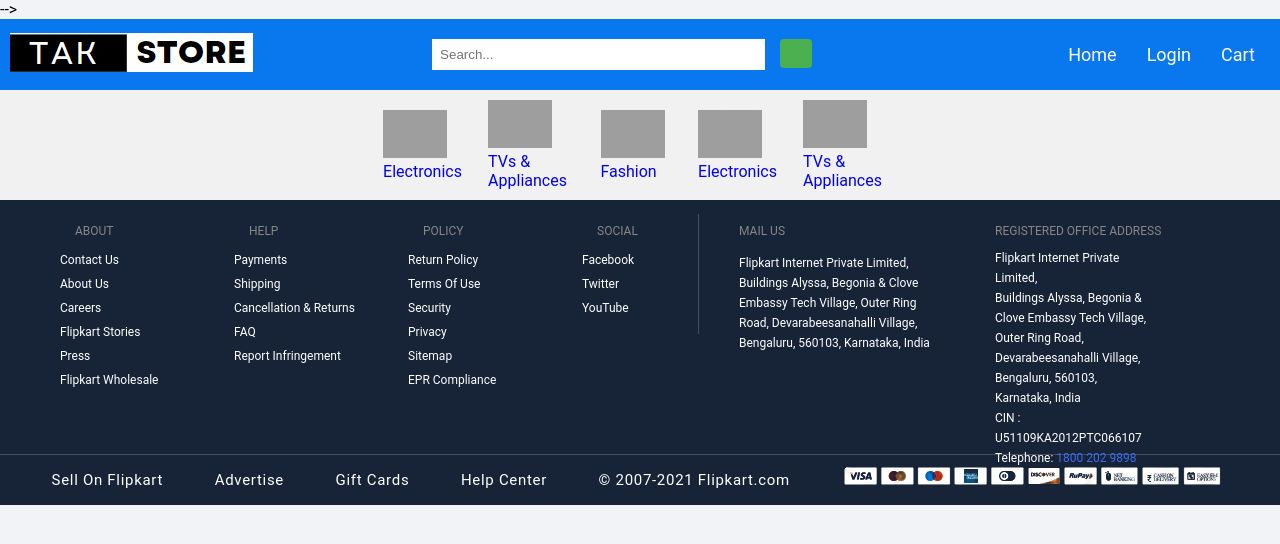
Repository: MSaifKhan01/TAK-Store
Page: PROJECT_Front/fashion.html
These files come from the project's save history. The page is drawn as it stood at one moment and after the next save; the edit follows.
The browser window is 1280 px wide. The pictures show the whole page.
Pictures or frames that could not be fetched are drawn as grey boxes.

Above is the page before, as saved 2023-07-22 01:02:57.
Console error: ReferenceError: span is not defined

### PROJECT_Front/fashion.html
<!DOCTYPE html>
<html lang="en">

<head>
    <meta charset="UTF-8">
    <meta http-equiv="X-UA-Compatible" content="IE=edge">
    <meta name="viewport" content="width=device-width, initial-scale=1.0">
    <title>Document</title>
    <link rel="stylesheet" type="text/css" href="./CSS/fashion.css">
    <link rel="stylesheet" type="text/css" href="./CSS/Index.css">
    <style>

    </style>
</head>

<body>
    <!-- <header>
        <div class="nav-container">
            <div class="logo">
                <img src="./flipkart images/TAK_store4.jpg"
                    alt="logo">
            </div>
            <div class="search">
                <div class="search-container">
                    <input id="searcBox" type="text" class="search-box" placeholder="Search for products, brands and more">
                    <button id="searchBtn" class="search-btn">
                        <svg width="20" height="20" viewBox="0 0 17 18" class="" xmlns="http://www.w3.org/2000/svg">
                            <g fill="#2874F1" fill-rule="evenodd">
                                <path class="_34RNph"
                                    d="m11.618 9.897l4.225 4.212c.092.092.101.232.02.313l-1.465 1.46c-.081.081-.221.072-.314-.02l-4.216-4.203">
                                </path>
                                <path class="_34RNph"
                                    d="m6.486 10.901c-2.42 0-4.381-1.956-4.381-4.368 0-2.413 1.961-4.369 4.381-4.369 2.42 0 4.381 1.956 4.381 4.369 0 2.413-1.961 4.368-4.381 4.368m0-10.835c-3.582 0-6.486 2.895-6.486 6.467 0 3.572 2.904 6.467 6.486 6.467 3.582 0 6.486-2.895 6.486-6.467 0-3.572-2.904-6.467-6.486-6.467">
                                </path>
                            </g>
                        </svg>
                    </button>
                </div>
            </div>
            <div class="login">
                <div class="dropdown">
                    <!-- onclick="myFunction()" -->
                    <!-- <button  class="dropbtn">Login</button>
                    <div id="myDropdown" class="dropdown-content">
                        <a href="login.html">Login</a>
                        <a href="signup.html">Register</a>
                        <a href="product.html">Admin</a>
                    </div>
                </div> -->
                <!-- <button>
                    <a style="text-decoration: none;" href="login.html">Login</a>

                </button> -->
            <!-- </div>
            <div class="become-seller">
                Become a Seller
            </div>
            <div class="more">
                More
                <svg width="4.7" height="8" viewBox="0 0 16 27" xmlns="http://www.w3.org/2000/svg" class="zZ3yfL">
                    <path d="M16 23.207L6.11 13.161 16 3.093 12.955 0 0 13.161l12.955 13.161z" fill="#fff"
                        class="_2gTTdy"></path>
                </svg>
            </div>
            <div class="cart">
                <svg class="V3C5bO" width="14" height="14" viewBox="0 0 16 16" xmlns="http://www.w3.org/2000/svg">
                    <path class="_1bS9ic"
                        d="M15.32 2.405H4.887C3 2.405 2.46.805 2.46.805L2.257.21C2.208.085 2.083 0 1.946 0H.336C.1 0-.064.24.024.46l.644 1.945L3.11 9.767c.047.137.175.23.32.23h8.418l-.493 1.958H3.768l.002.003c-.017 0-.033-.003-.05-.003-1.06 0-1.92.86-1.92 1.92s.86 1.92 1.92 1.92c.99 0 1.805-.75 1.91-1.712l5.55.076c.12.922.91 1.636 1.867 1.636 1.04 0 1.885-.844 1.885-1.885 0-.866-.584-1.593-1.38-1.814l2.423-8.832c.12-.433-.206-.86-.655-.86"
                        fill="#fff"></path>
                </svg>
                <a href="./addTocart.html" style="text-decoration: none;color: white;"><p>Cart <span id="span"></span></p></a>
            </div>
        </div>
    </header> --> -->

    <header >
        <nav class="navbar">
          <a href="#" class="navbar-brand logo"
            ><img src="./flipkart images/Tak_logo.png" alt="logo"
          /></a>
          <div class="search-container">
            <input id="searcBox" type="text" placeholder="Search..." />
            <button type="submit"><i class="fa fa-search"></i></button>
          </div>
          <ul class="navbar-nav">
            <li>
              <a href="#"><i class="fa-solid fa-house"></i> Home</a>
            </li>



            <li id="logoutName">
              <a href="./login.html" id="nameshow"><i class="fa-solid fa-user"></i> Login</a>
            </li>
            <!-- <li><a href="#">Categories</a></li>
            <li><a href="#">Deals</a></li> -->
            <li>
              <a href="addTocart.html"><i class="fa-solid fa-cart-shopping"><span id="Cartlength"></span></i> Cart</a>
              <!-- <a href="#">Cart</a> -->
            </li>
          </ul>
        </nav>

        <div class="sub-navbar">
          <div class="sub-navbar-item">
            <div class="subNav">
              <img
                src="https://rukminim1.flixcart.com/fk-p-flap/128/128/image/6e3e1efa83bc56c3.png?q=100"
                alt=""
              />
              <a style="text-decoration: none" href="electronics.html"
                >Electronics</a
              >
            </div>
          </div>
          <div class="sub-navbar-item">
            <div class="subNav">
              <img
                src="https://rukminim1.flixcart.com/fk-p-flap/128/128/image/b3e1225e6bda1c9e.png?q=100"
                alt=""
              />
              <a style="text-decoration: none" href="appliances.html"
                >TVs & Appliances</a
              >
            </div>
          </div>
          <div class="sub-navbar-item">
            <div class="subNav">
              <img
                src="https://rukminim1.flixcart.com/fk-p-flap/128/128/image/a11d5d13e54bf964.png?q=100"
                alt=""
              />
              <a style="text-decoration: none" href="fashion.html">Fashion</a>
            </div>
          </div>
          <div class="sub-navbar-item">
            <div class="subNav">
              <img
                src="https://rukminim1.flixcart.com/fk-p-flap/128/128/image/6e3e1efa83bc56c3.png?q=100"
                alt=""
              />
              <a style="text-decoration: none" href="electronics.html"
                >Electronics</a
              >
            </div>
          </div>
          <div class="sub-navbar-item">
            <div class="subNav">
              <img
                src="https://rukminim1.flixcart.com/fk-p-flap/128/128/image/b3e1225e6bda1c9e.png?q=100"
                alt=""
              />
              <a style="text-decoration: none" href="appliances.html"
                >TVs & Appliances</a
              >
            </div>
          </div>
        </div>
      </header>
    <div class="sort">
        <h2>SortBy</h2>
        <button id="sort1">Price -- Low to High</button>
        <button id="sort2">Price -- High to Low</button>
    </div>
    <div class="main">
        <div class="leftdiv">
            <!-- filter part -->
            <div style="display: flex; margin-left: 30px; gap: 20px;">


                <div>
                    <select name="filter" id="filter">
                        <option value="filter">Filter</option>
                    </select>
                </div>
                <div>
                    <select name="featured" id="featured" data-bs-toggle="tooltip" data-bs-title="Another tooltip">
                        <option value="">SortBy Desc</option>
                        <option value="atoz">A To Z</option>
                        <option value="ztoa">Z To A</option>

                    </select>
                </div>
            </div>
        </div>
        <div class="bestofElctronic_product_item">

        </div>
    </div>



    </div>
    </div>
    <!-- footer -->

    <footer>

        <div class="footer-row">
            <div class="footer-col-1">
                <div class="footer-heading">
                    <p>ABOUT</p>
                </div>
                <div class="footer-list">
                    <a href="#">Contact Us</a>
                    <a href="#">About Us</a>
                    <a href="#">Careers</a>
                    <a href="#">Flipkart Stories</a>
                    <a href="#">Press</a>
                    <a href="#">Flipkart Wholesale</a>
                </div>
            </div>
            <div class="footer-col-2">
                <div class="footer-heading">
                    <p>HELP</p>
                </div>
                <div class="footer-list">
                    <a href="#">Payments</a>
                    <a href="#">Shipping</a>
                    <a href="#">Cancellation & Returns</a>
                    <a href="#">FAQ</a>
                    <a href="#">Report Infringement</a>

                </div>
            </div>
            <div class="footer-col-3">
                <div class="footer-heading">
                    <p>POLICY</p>
                </div>
                <div class="footer-list">
                    <a href="#">Return Policy</a>
                    <a href="#">Terms Of Use</a>
                    <a href="#">Security</a>
                    <a href="#">Privacy</a>
                    <a href="#">Sitemap</a>
                    <a href="#">EPR Compliance</a>
                </div>
            </div>
            <div class="footer-col-4">
                <div class="footer-heading">
                    <p>SOCIAL</p>
                </div>
                <div class="footer-list">
                    <a href="#">Facebook</a>
                    <a href="#">Twitter</a>
                    <a href="#">YouTube</a>

                </div>
            </div>

            <div class="footer-col-5">
                <div class="footer-heading">
                    <p>Mail Us</p>
                </div>
                <div class="footer-list">
                    <p>Flipkart Internet Private Limited,
                        Buildings Alyssa, Begonia &
                        Clove Embassy Tech Village,
                        Outer Ring Road, Devarabeesanahalli Village,
                        Bengaluru, 560103,
                        Karnataka, India</p>

                </div>
            </div>

            <div class="footer-col-6">
                <div class="footer-heading">
                    <p>Registered Office Address</p>
                </div>
                <div class="footer-list-address">
                    <p>Flipkart Internet Private Limited,</p>
                    <p>Buildings Alyssa, Begonia &</p>
                    <p>Clove Embassy Tech Village,</p>
                    <p>Outer Ring Road, Devarabeesanahalli Village,</p>
                    <p>Bengaluru, 560103,</p>
                    <p>Karnataka, India</p>
                    <p>CIN : U51109KA2012PTC066107</p>
                    <p> Telephone:<span> 1800 202 9898</span></p>

                </div>
            </div>
        </div>
        <div class="footer-row2">
            <div class="footer-row2-col">
                <p> <i class="fas fa-shopping-bag"></i>Sell On Flipkart</p>
            </div>
            <div class="footer-row2-col">
                <p><i class="fas fa-star"></i>Advertise</p>
            </div>
            <div class="footer-row2-col">
                <p><i class="fas fa-gift"></i>Gift Cards</p>
            </div>
            <div class="footer-row2-col">
                <p><i class="fas fa-question-circle"></i>Help Center</p>
            </div>
            <div class="footer-row2-col">
                <p>© 2007-2021 Flipkart.com</p>
            </div>
            <div class="footer-row2-col">
                <img src="./flipkart images/payment.png" alt="payments">
            </div>
        </div>
    </footer>
</body>

<script>
//     let bestofElctronic_product_itemEl = document.querySelector(".bestofElctronic_product_item")
//     let CartArr = JSON.parse(localStorage.getItem("length")) || [];

//     span.innerText=CartArr

//     fetch("http://localhost:8000/fashion", {
//         method: "GET",
//         headers: {
//             //   authorization: `${sessionStorage.getItem("token")}`,

//             "content-type": "application/json",
//         },
//     })
//         .then((res) => {
//             return res.json();
//         })
//         .then((data) => {

//             display(data);
//             searchbar(data)
//             console.log(data);
//             // display(sorted1)
//         });


//         let sort1=document.getElementById("sort1")
//         sort1.addEventListener("click",()=>{
//             sorting1()
//         })
//         function sorting1(){

//             fetch("http://localhost:8000/fashion/sort1", {
//         method: "GET",
//         headers: {
//             //   authorization: `${sessionStorage.getItem("token")}`,
//             "content-type": "application/json",
//         },
//     })
//         .then((res) => {
//             return res.json();
//         })
//         .then((data) => {
//             console.log(data);
//             display(data);
//             // display(sorted1)
//         });
//         }

//         let sort2=document.getElementById("sort2")
//         sort2.addEventListener("click",()=>{
//             sorting2()
//         })
//         function sorting2(){

//             fetch("http://localhost:8000/fashion/sort2", {
//         method: "GET",
//         headers: {
//             //   authorization: `${sessionStorage.getItem("token")}`,
//             "content-type": "application/json",
//         },
//     })
//         .then((res) => {
//             return res.json();
//         })
//         .then((data) => {
//             console.log(data);
//             display(data);
//             // display(sorted1)
//         });
//         }

//         let featured=document.getElementById("featured")
//         function sorting3(){

//            fetch("http://localhost:8000/fashion/sort3", {
//        method: "GET",
//        headers: {
//            //   authorization: `${sessionStorage.getItem("token")}`,
//            "content-type": "application/json",
//        },
//    })
//        .then((res) => {
//            return res.json();
//        })
//        .then((data) => {
//            console.log(data);
//            display(data);

//        });
//        }
//         function sorting4(){

//            fetch("http://localhost:8000/fashion/sort4", {
//        method: "GET",
//        headers: {
//            //   authorization: `${sessionStorage.getItem("token")}`,
//            "content-type": "application/json",
//        },
//    })
//        .then((res) => {
//            return res.json();
//        })
//        .then((data) => {
//            console.log(data);
//            display(data);

//        });
//        }
//   featured.addEventListener("change",()=>{

//     if(featured.value=="atoz"){
//         sorting3()

//     }else if(featured.value=="ztoa"){
//         sorting4()

//     }

//   })

//   function searchbar(data){
//     let search = document.getElementById("searcBox");
//     search.addEventListener("input", (e) => {
//       e.preventDefault();
//       const value = e.target.value;

//       let newArr = data.filter(element => {

//         return element.size.toLowerCase().includes(value) || element.description.toLowerCase().includes(value);

//       })
//       console.log(data)
//       display(newArr)

//     })

// }



//     function display(data) {

//         bestofElctronic_product_itemEl.innerHTML = null
//         data.forEach(el => {
//             let card = document.createElement("div")
//             card.classList.add("card")
//             let link1 = document.createElement("a")
//             link1.classList.add("BestofElectronic_item")
//             link1.link = el.link
//             let div1 = document.createElement("div")
//             div1.classList.add("bestOfElectornic_image_Product")
//             let img = document.createElement("img")
//             img.src = el.image
//             let div2 = document.createElement("div")
//             div2.classList.add("bestofElectronicmoreOption")

//             let p = document.createElement("p")
//             p.classList.add("bestofElectornicProduct_name")
//             p.innerText = el.description
//             let p2 = document.createElement("p")
//             p2.classList.add("bestofElecronic_discount")
//             p2.innerText = `₹${el.new_price}`
//             let p3 = document.createElement("p")
//             p3.classList.add("bestofElectronic_brand")
//             p3.innerText = el.hidden_stars

//             p3.style.color = 'red'
//             let p4 = document.createElement("p")
//             p4.innerText=el.quantity
//             let div3 = document.createElement("div")
//             div3.classList.add("btndiv")
//             let btn1 = document.createElement("button")
//             btn1.innerText = "Show Details"
//             let btn2 = document.createElement("button")
//             btn2.innerText = "Add to Cart"

//             div1.append(img)
//             div3.append(btn1, btn2)
//             div2.append(p, p2, p3, div3)
//             link1.append(div1, div2)
//             card.append(link1)

//             bestofElctronic_product_itemEl.append(card)


//             btn2.addEventListener("click", () => {
//         // if (checkDuplicate(data)) {
//         //   alert("Product Already in Cart")
//         // } else {
//         //   CartArr.push(el);
//         //   localStorage.setItem("cart", JSON.stringify(CartArr));
//         //   alert("Product Added To Cart")
//         //   window.location.href = "./addTocart.html"
//         // }
// // console.log(el)
// let token=sessionStorage.getItem("token")

//         if(token){
//             fetch(`http://localhost:8000/cart/Fashion/${el._id}`,{

// method:"POST",
// headers:{
//     "Content-Type":"application/json",
//     "Authorization":`${sessionStorage.getItem("token")}`
// }
// // body:JSON.stringify(el)
// })
// .then((res)=>{
// return res.json()
// })
// .then((data)=>{
// // console.log(data)

// if(data.ok){
// alert(data.msg)
// }
// else{
// alert(data.msg)
// }
// // data.push({...el,qty:1})
// // alert("Product added to cart")
// console.log(data)
// })
// .catch((err)=>{
// console.log(err)
// })
//         }else{
//             alert("You need to login")
//         }

//       })




//         })


//     }





// //     function checkDuplicate(data) {
// //     for (let i = 0; i < CartArr.length; i++) {

// //       if (CartArr[i]._id === data._id) {
// //         return true;

// //       }
// //     }
// //     return false;
// //   }


</script>

</html>

<script src="./JS/fashion.js"></script>

### PROJECT_Front/CSS/Index.css


 /* CSS styles for the navbar */
  * {
    margin: 0;
    padding: 0;
    box-sizing: border-box;
  }
  header{
    position: sticky;
    top: 0%;
  }

  .navbar {
    background-color: #0978ee;
    padding: 10px;
    display: flex;
    justify-content: space-between;
    /* flex-direction: row; */
    align-items: center;
    position: sticky;
  }

  .navbar-brand {
    color: #fff;
    font-weight: bold;
    text-decoration: none;
    width: 10%;
    font-size: 15px;
  }

  .navbar-nav {
    display: flex;
    flex-direction: row;
    font-size: 18px;
    list-style-type: none;
    gap: 15px;
    margin: 0;
    padding: 0;
    /* margin-right: 120px; */

  }

  #logoutName{
    color: #f1f1f1;
  }
  #logoutName button{
    background-color: #45a049;;
    color: #f1f1f1;
    border-radius: 5px;
    padding: 3px;

  }
  #Cartlength{
    color: #f40ab5;
  }

  /* Search bar styles */
  .search-container {
    display: flex;
    width: 500px;
    max-width: 450px;

    margin-left: 180px;

    margin-bottom: 10px;
    /* Added to separate the search bar in responsive mode */
  }

  input[type="text"] {
    flex: 1;
    padding: 10px;
    border: none;
  }

  button[type="submit"] {
    margin-right: 120px;
    background-color: #4caf50;
    color: white;
    padding: 10px 20px;
    border: none;
    cursor: pointer;
  }

  button[type="submit"]:hover {
    background-color: #45a049;
  }

  .navbar-nav li {
    margin-right: 15px;
  }

  .navbar-nav li a {
    color: #fff;
    text-decoration: none;
  }

  /* CSS styles for responsive design */
  @media (max-width: 400px) {
    .navbar {
      flex-direction: column;
    }

    .navbar-nav {
      margin-top: 10px;
      flex-direction: column;

    }

    .navbar-nav li {
      margin-right: 0;
      margin-bottom: 10px;
    }
  }

  @media (min-width: 601px) {
    /* Additional styles for larger screens */
    .search-container {
      max-width: 500px;
      margin-left: 160px;
      margin-top: 10px;
    }

    input[type="text"] {
      padding: 8px;
    }

    button[type="submit"] {
      padding: 8px 16px;
    }
  }

  /* CSS styles for sub-navbar */
  .sub-navbar {
    background-color: #f1f1f1;
    padding: 10px;
    display: flex;
    gap: 30px;
    justify-content: center;
    /* overflow-x: auto; */
  }

  .sub-navbar-item {
    display: flex;
    align-items: center;
    justify-content: center;

    margin-right: 15px;
    width: 60px;
    /* height: 60px; */
    border-radius: 50%;
    background-color: #f1f1f1;
  }


  .sub-navbar-item img {
    width: 64px;
  }

  .subNav {
    display: block;
  }

  #slideshow > img {
    width: 100%;
  }

  .carousel-item img {
    width: 100%;
    height: 100%;
  }


  .footer-items {
    display: flex;
    justify-content: space-around;
    background-color: dimgray;
    color: white;
  }

  #List-head {
    font-size: 25px;
    font-weight: bold;
    color: black;
  }

  #product {
    border-radius: 5px;
    padding: 40px;
    margin-bottom: 20px;

    box-shadow: rgba(50, 50, 93, 0.25) 0px 50px 100px -20px,
      rgba(0, 0, 0, 0.3) 0px 30px 60px -30px;
  }
  #product img{
    width: 50%;
  }


  #carroDiv {
    width: 90%;
    margin: auto;
  }

  .smallimages {
    display: flex;
    gap: 10px;
    justify-content: space-around;
    /* align-items: center; */
  }

  .topHead {
    display: flex;
    justify-content: space-between;
    box-shadow: rgba(0, 0, 0, 0.24) 0px 3px 8px;
    margin-bottom: 40px;
  }

  .common-heading-left {
    padding: 20px;
  }

  .common-heading-left > h2 {
    color: gray;
  }

  .ViewButton > h3 {
    margin: 30px;
    padding: 20px;
    background-color: #0978ee;
  }

Loaded but not shown: PROJECT_Front/JS/fashion.js (255 lines, source omitted); PROJECT_Front/CSS/fashion.css (463 lines, source omitted)

After the next save:
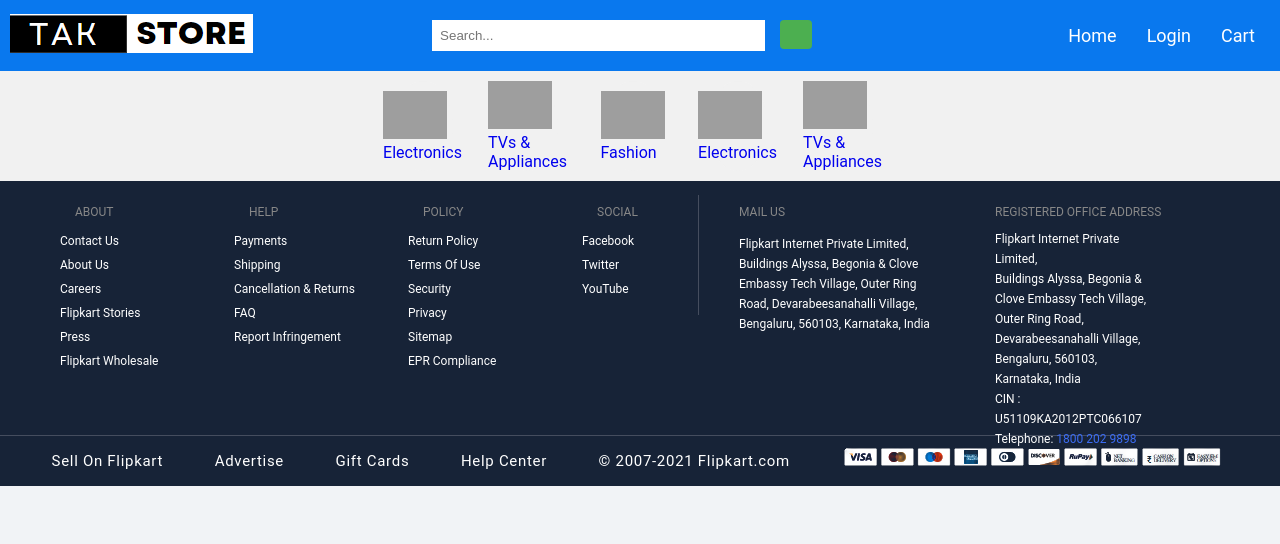
Saved 40 s later.
--- a/PROJECT_Front/fashion.html
+++ b/PROJECT_Front/fashion.html
@@ -39,8 +39,8 @@
             </div>
             <div class="login">
                 <div class="dropdown">
-                    <!-- onclick="myFunction()" -->
-                    <!-- <button  class="dropbtn">Login</button>
+                    onclick="myFunction()"
+                     <button  class="dropbtn">Login</button>
                     <div id="myDropdown" class="dropdown-content">
                         <a href="login.html">Login</a>
                         <a href="signup.html">Register</a>
@@ -71,7 +71,7 @@
                 <a href="./addTocart.html" style="text-decoration: none;color: white;"><p>Cart <span id="span"></span></p></a>
             </div>
         </div>
-    </header> --> -->
+    </header> -->
 
     <header >
         <nav class="navbar">
